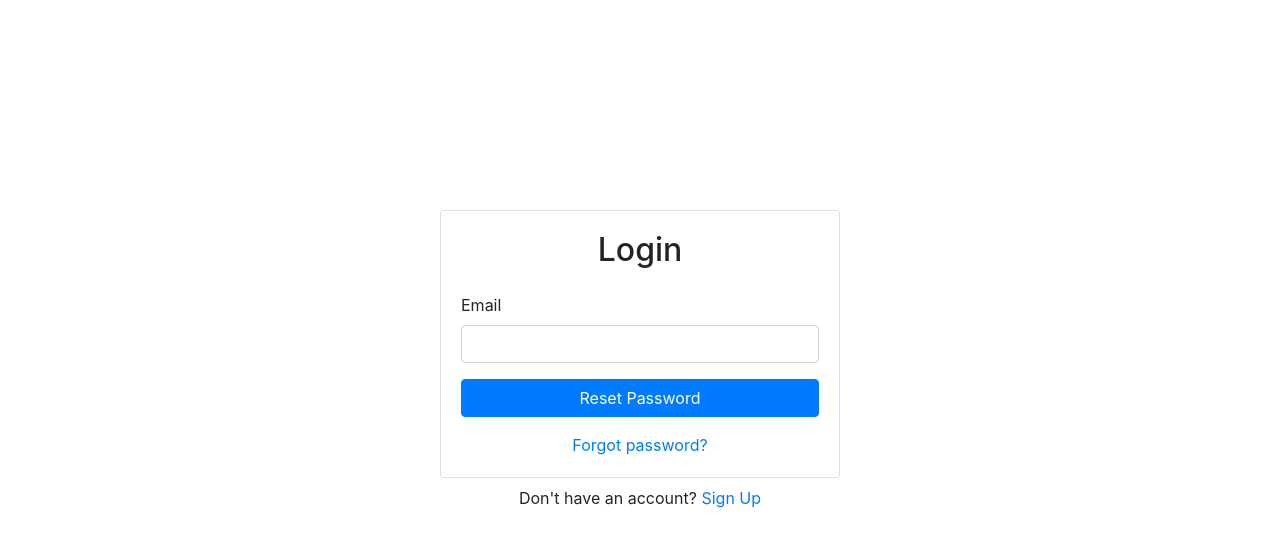
Repository: JonoBowenDev/firebase-tutorial
Page: /forgot-password
An editor plug-in stored every save of this project. The page is shown before and after the next save, followed by the edit.
The browser window is 1280 px wide. The pictures show the whole page.
The project was rebuilt for these pictures with package versions that can differ from the ones it lists, and the page was loaded fresh each time. Also part of the build but not shown: src/components/SignUp.js, src/components/Dashboard.js, src/components/Login.js, src/components/PrivateRoute.js.

Above is the page before, as saved 2021-03-12 18:57:42.

### src/index.js
import React from 'react';
import ReactDOM from 'react-dom';
import App from './components/App';
import "bootstrap/dist/css/bootstrap.min.css";

ReactDOM.render(
  <React.StrictMode>
    <App />
  </React.StrictMode>,
  document.getElementById('root')
);

### src/components/App.js
import SignUp from "./SignUp";
import { Container } from "react-bootstrap";
import { AuthProvider } from "../contexts/AuthContext";
import { BrowserRouter as Router, Switch, Route } from "react-router-dom";
import Dashboard from "./Dashboard";
import Login from "./Login";
import PrivateRoute from "./PrivateRoute";
import ForgotPassword from "./ForgotPassword";

function App() {
  return (

    <Container className="d-flex align-items-center justify-content-center"
      style={{ minHeight: "100vh"}}>
      <div className="w-100" style={{maxWidth: "400px"}}>
      <Router>
        <AuthProvider>
          <Switch>
            <PrivateRoute exact path="/" component={Dashboard} />
            <Route path="/signup" component={SignUp} />
            <Route path="/login" component={Login} />
            <Route path="/forgot-password" component={ForgotPassword} />
          </Switch>
        </AuthProvider>
      </Router>
      </div>
    </Container>

  );
}

export default App;

### src/contexts/AuthContext.js
import React, { useContext, useState, useEffect } from "react";
import { auth } from "../firebase";

const AuthContext = React.createContext();

export function useAuth() {
    return useContext(AuthContext);
}

export function AuthProvider({ children }) {

    const [currentUser, setCurrentUser] = useState();
    const [loading, setLoading] = useState(true);

    const signUp = (email, password) => {
        return auth.createUserWithEmailAndPassword(email, password);
    }

    const login = (email, password) => {
        return auth.signInWithEmailAndPassword(email, password);
    }

    const logout = () => {
        return auth.signOut();
    }

    useEffect(() => {
        const unsubscribe = auth.onAuthStateChanged(user => {
            setCurrentUser(user);
            setLoading(false);
        })

        return unsubscribe;
    }, [])


    const value = {
        currentUser,
        login,
        signUp,
        logout
    }

    return (
        <AuthContext.Provider value={value}>
            {!loading && children}
        </AuthContext.Provider>
    )
}

### src/components/ForgotPassword.js
import React, { useState, useRef } from 'react';
import { Form, Button, Card, Alert } from 'react-bootstrap';
import { useAuth } from "../contexts/AuthContext";
import { Link, useHistory } from "react-router-dom";

export default function ForgotPassword() {

    const emailRef = useRef();

    const [error, setError] = useState("");
    const [loading, setLoading] = useState(false);

    const { login } = useAuth();

    const history = useHistory();

    async function handleSubmit (e) {
        e.preventDefault();

        try{
            setError("");
            setLoading(true);
            await login(emailRef.current.value, passwordRef.current.value);
            history.push("/");
        } catch {
            setError("Failed to sign in");
        }

        setLoading(false);
    }

    return (
        <div>
        <Card>
            <Card.Body>
                <h2 className="text-center mb-4">Login</h2>
                {error && <Alert variant ="danger">{error}</Alert>}
                <Form onSubmit={handleSubmit}>
                    <Form.Group id="email">
                        <Form.Label>Email</Form.Label>
                        <Form.Control type="email" ref={emailRef} required />
                    </Form.Group>
                    <Button disabled={loading} className="w-100" type="submit">
                        Reset Password
                    </Button>
                </Form>
                <div className="w-100 text-center mt-3">
                    <Link to="/forgot-password">Forgot password?</Link>
                </div>
            </Card.Body>
        </Card>
        <div className="w-100 text-center mt-2">
            Don't have an account? <Link to="/signup">Sign Up</Link>
        </div>
        </div>
    )
}

### src/firebase.js
import firebase from "firebase";
import "firebase/auth";

// TRY IF THIS DOESN'T WORK
// console.log(process.env.apikey);

const app = firebase.initializeApp({
    apiKey: process.env.REACT_APP_FIREBASE_API_KEY,
    authDomain: process.env.REACT_APP_FIREBASE_AUTH_DOMAIN,
    projectId: process.env.REACT_APP_FIREBASE_PROJECT_ID,
    storageBucket: process.env.REACT_APP_FIREBASE_STORAGE_BUCKET,
    messagingSenderId: process.env.REACT_APP_FIREBASE_MESSAGING_SENDER_ID,
    appId: process.env.REACT_APP_FIREBASE_APP_ID
});

export const auth = app.auth();
export default app;

Loaded but not shown: public/index.html (common file)

After the next save:
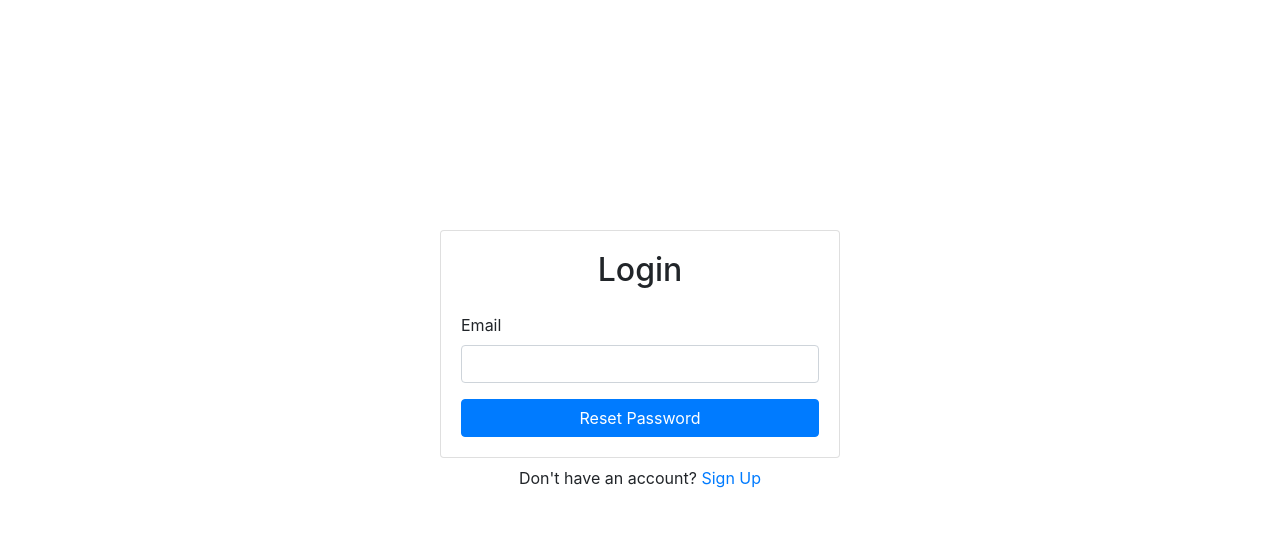
Saved 8 s later.
--- a/src/components/ForgotPassword.js
+++ b/src/components/ForgotPassword.js
@@ -44,9 +44,6 @@
                         Reset Password
                     </Button>
                 </Form>
-                <div className="w-100 text-center mt-3">
-                    <Link to="/forgot-password">Forgot password?</Link>
-                </div>
             </Card.Body>
         </Card>
         <div className="w-100 text-center mt-2">

After the save that followed:
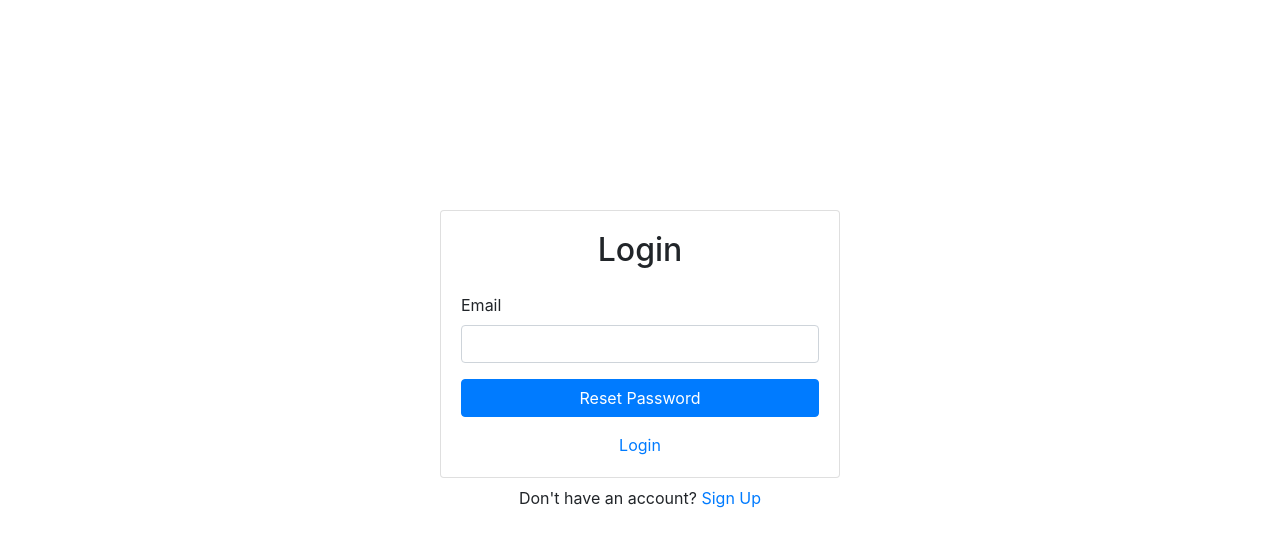
Saved 16 s later.
--- a/src/components/ForgotPassword.js
+++ b/src/components/ForgotPassword.js
@@ -44,6 +44,9 @@
                         Reset Password
                     </Button>
                 </Form>
+                <div className="w-100 text-center mt-3">
+                    <Link to="/forgot-password">Login</Link>
+                </div>
             </Card.Body>
         </Card>
         <div className="w-100 text-center mt-2">
